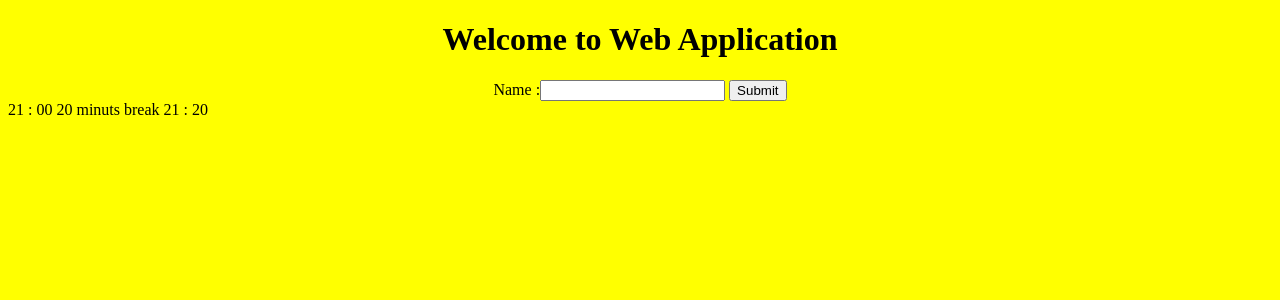
Repository: Thaneshwara848/Hibernate_BackEnd
Page: WebDemo2/src/main/webapp/Home.html
An editor plug-in stored every save of this project. The page is shown before and after the next save, followed by the edit.
The browser window is 1280 px wide. The pictures show the whole page.

Above is the page before, as saved 2022-11-06 15:30:10.

After the next save:
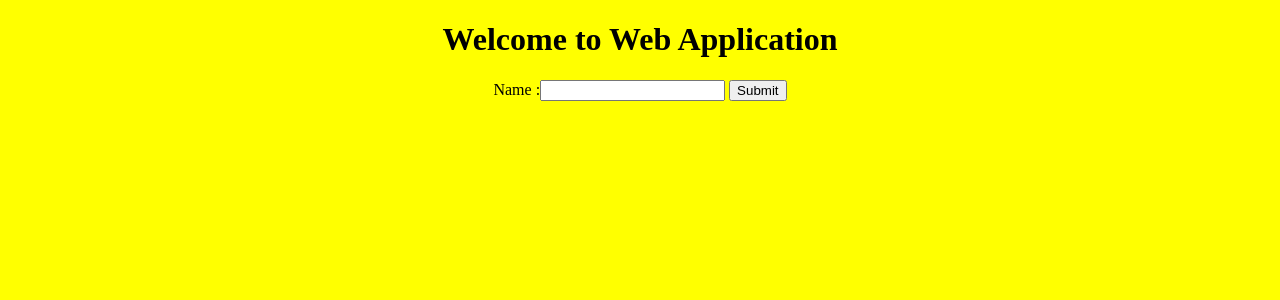
Saved 23 min 48 s later.
--- a/WebDemo2/src/main/webapp/Home.html
+++ b/WebDemo2/src/main/webapp/Home.html
@@ -16,6 +16,3 @@
 			</center>
 </body>
 </html>
-	21 : 00
-		20 minuts break
-	21 : 20
